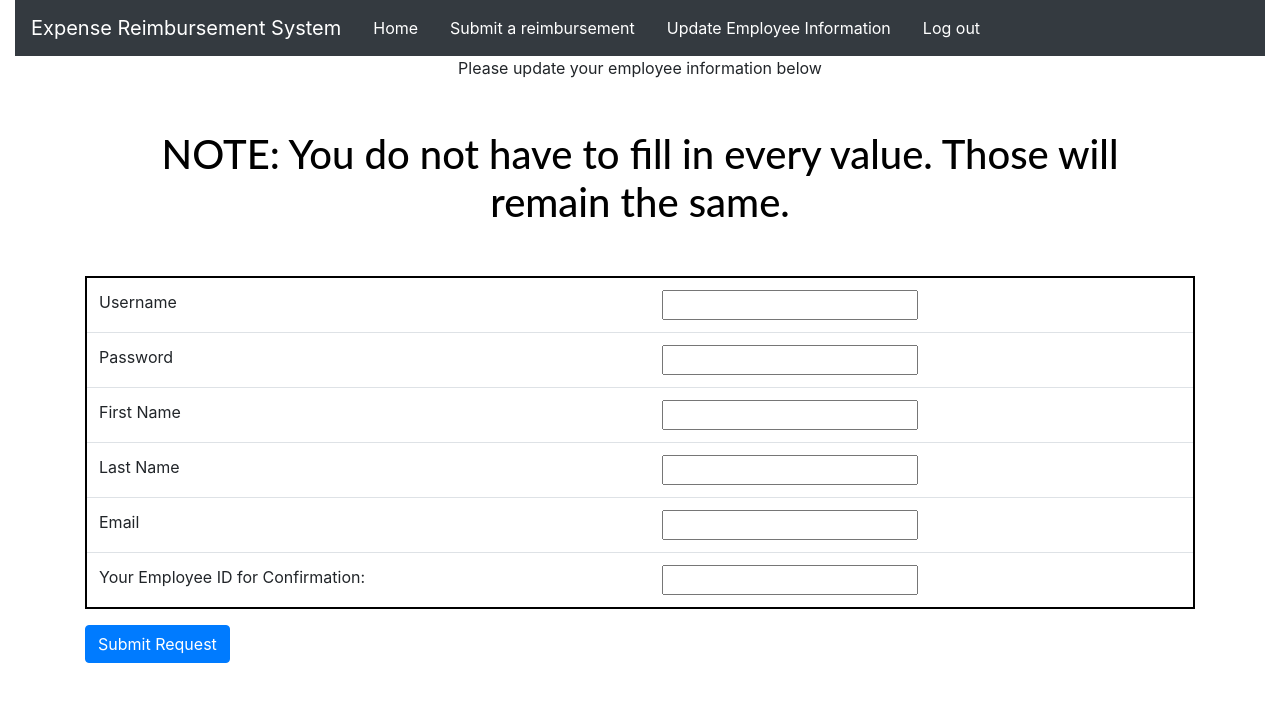
Repository: Trevormulrenin/ers-app
Page: ers-app/src/main/webapp/html/employee_info.html
The author's editor kept a copy of each file at every save. The page is drawn from the files as they stood at one save, then again after the next save.
The browser window is 1280 px wide. The pictures show the whole page.

Above is the page before, as saved 2021-04-01 17:33:02.

### ers-app/src/main/webapp/html/employee_info.html
<!DOCTYPE html>
<html>
<head>
	<meta charset="UTF-8">
	<meta name="viewport" content="width=device-width, initial-scale=1.0">
	<meta http-equiv="cache-control" content="max-age=0" />
<meta http-equiv="cache-control" content="no-cache" />
<meta http-equiv="expires" content="0" />
<meta http-equiv="expires" content="Tue, 01 Jan 1980 1:00:00 GMT" />
<meta http-equiv="pragma" content="no-cache" />
	<link rel="stylesheet" href="https://stackpath.bootstrapcdn.com/bootstrap/4.5.2/css/bootstrap.min.css" integrity="sha384-JcKb8q3iqJ61gNV9KGb8thSsNjpSL0n8PARn9HuZOnIxN0hoP+VmmDGMN5t9UJ0Z" crossorigin="anonymous">
 	<link rel="stylesheet" type="text/css" href="../css/style.css">

<title>Expense Reimbursement System</title>
</head>

<body>
	<div class="container-fluid">
		<nav class="navbar navbar-expand-lg navbar-dark bg-dark">
			<a class="navbar-brand" href="http://localhost:8080/ers-app/EmployeeHomeServlet"">Expense Reimbursement System</a>
				<a class="nav-item nav-link" href="http://localhost:8080/ers-app/EmployeeHomeServlet"">Home</a>
				<a class="nav-item nav-link" href="reimbursement_home.html">Submit a reimbursement</a>
				<a class="nav-item nav-link" href="employee_info.html">Update Employee Information</a>

			<div class="nav-list-right" id="navbar-menu-right">
				<a class="nav-item nav-link" href="logout.html">Log out</a>
			</div>

		</nav>
	</div>

		<div class="container">
		<header style="text-align:center"> Please update your employee information below</header>
		<h1> NOTE: You do not have to fill in every value. Those will remain the same.</h1>

		<form action="http://localhost:8080/ers-app/UpdateEmployeeServlet" method="post">
			<table class="table" id="update-table">
				<tr>
					<td>Username</td>
					<td><input type="text" id="employeeUsername"
						name="employeeUsername" value=""></td>
				</tr>
				<tr>
					<td>Password</td>
					<td><input type="text" step="any" name="employeePassword">
					</td>
				</tr>
				<tr>
					<td>First Name</td>
					<td><input type="text" step="any" name="firstName">
					</td>
				</tr>
				<tr>
					<td>Last Name</td>
					<td><input type="text" step="any" name="lastName">
					</td>
				</tr>
				<tr>
					<td>Email</td>
					<td><input type="text" step="any" name="email">
					</td>
				</tr>
				<tr>
					<td>Your Employee ID for Confirmation:</td>
					<td><input type="number" name="employeeId" required></td>
				</tr>
			</table>
			<div class="log-in-button">
				<button type="submit" class="btn btn-primary">Submit
					Request</button>
			</div>
		</form>
	</div>

</body>
</html>

### ers-app/src/main/webapp/css/style.css
@charset "UTF-8";


#navbar-menu-right{
	text-decoration: none;
	color: black;
}

#fill-out {
	color: solid black;
	text-align:center;
	font-size: 15px;
}

table {
	border: 2px solid black;
}

.nav-item, .nav-item-active, .nav-list-right {
		color: white;
		border: 1px;
		border-color:white;
	}

h1 {
	text-align: center;
    font-family: Lato;
    color: Black;
    font-size: 40px;
    margin: 50px;
}

p {
	text-align: center;
    font-family: Lato;
	color: Black;
	font-size: 15px;
}

h2 {
	text-align: center;
    font-family: Lato;
    color: Black;
    font-size: 40px;
    margin: 25px;
}

#enter-credentials {
	text-align: center;
    font-family: Lato;
	color: Black;
	font-size: 20px;
}


#pending-reimbursement, #resolved-reimbursement {
	border: 2px solid black;
	color: black;
	text-align:center;
	height: 300px;
	width: 400px;
    top:30%;
    left:10%;
/*     display: flex; */
/* 	justify-content: space-evenly; */
}

#pending-reimbursement {
	float: left;
}

#resolved-reimbursement:hover {
	background-color: gray;
	color:white;
}

#pending-reimbursement:hover {
	background-color: gray;
	color:white;
}


.nav-item, .nav-item-active, .nav-list-right {
/* 		text-decoration: none; */
		color: white;
		border: 1px;
		border-color:white;
	}

th, tr {
	border: 2px;
}

#log-in-button {
	text-align: center;
}

.login {
	border: 2px solid black;
	content: 5px;
	width: auto;
	text-align: center;
	padding: 5px;
	margin: auto;
	box-shadow: white;
}

/* #update-table { */
/* 	width: "100%"; */
/* 	padding: 2px; */
/* 	margin-top: 5px; */
/* 	margin-bottom: 0px; */
/* 	margin-left: auto; */
/* 	margin-right: auto; */
/* 	border: 1px solid black; */
/* 	border-collapse: separate; */
/* 	border-spacing: 2px; */
/* } */

/* #view-employees { */
/* 	width: "100%"; */
/* 	padding: 2px; */
/* 	margin-top: 5px; */
/* 	margin-bottom: 0px; */
/* 	margin-left: auto; */
/* 	margin-right: auto; */
/* 	border: 1px solid black; */
/* 	border-collapse: separate; */
/* 	border-spacing: 2px; */
/* } */

/* #reimbursement-table { */
/* 	width: "100%"; */
/* 	padding: 2px; */
/* 	margin-top: 5px; */
/* 	margin-bottom: 0px; */
/* 	margin-left: auto; */
/* 	margin-right: auto; */
/* 	border: 1px solid black; */
/* 	border-collapse: separate; */
/* 	border-spacing: 2px; */
/* } */

After the next save:
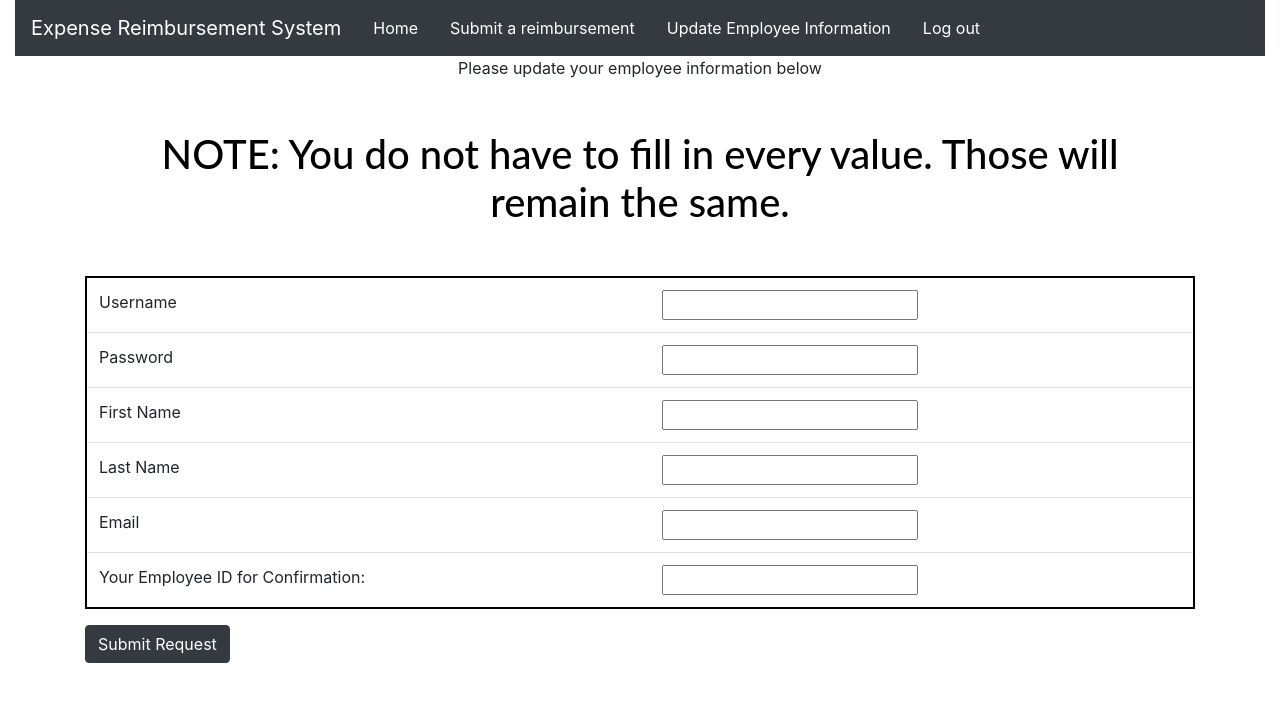
Saved 52 s later.
--- a/ers-app/src/main/webapp/html/employee_info.html
+++ b/ers-app/src/main/webapp/html/employee_info.html
@@ -66,7 +66,7 @@
 				</tr>
 			</table>
 			<div class="log-in-button">
-				<button type="submit" class="btn btn-primary">Submit
+				<button type="submit" class="btn btn-dark">Submit
 					Request</button>
 			</div>
 		</form>
